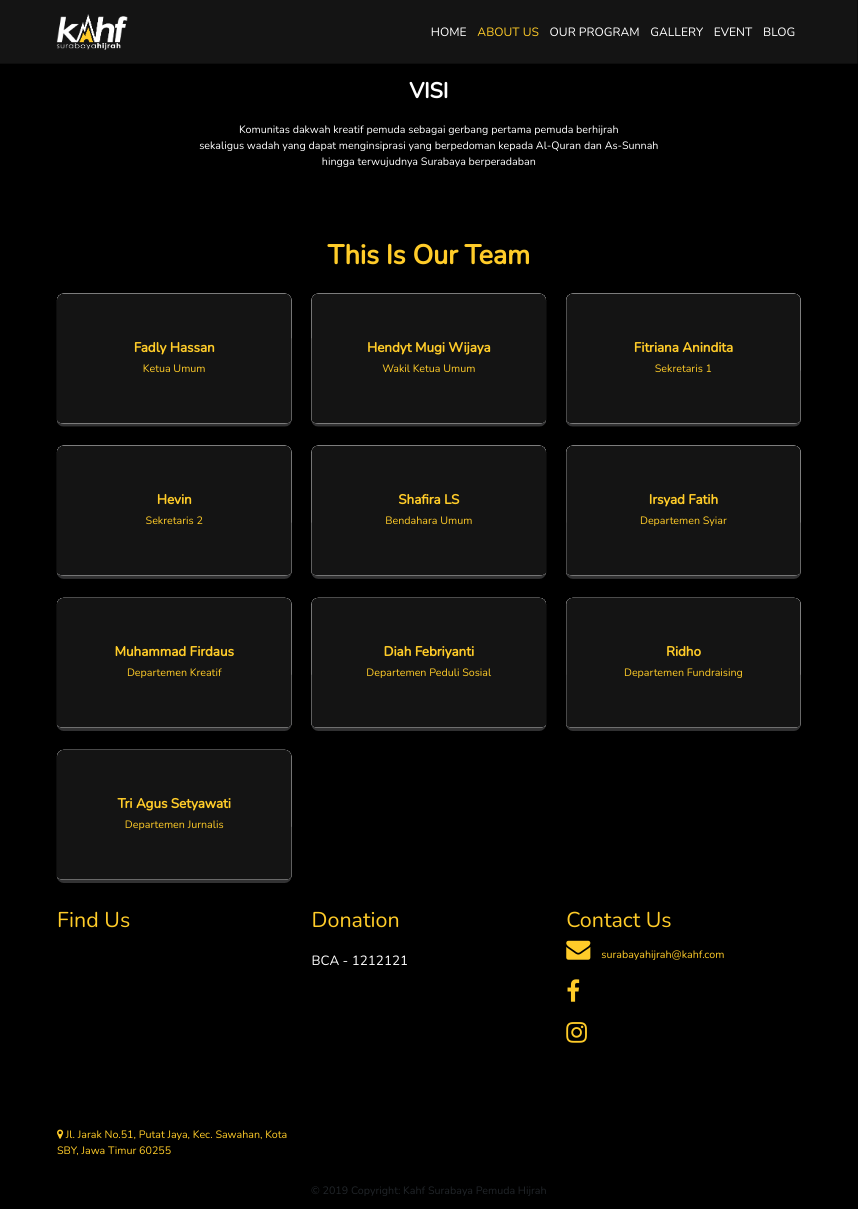
Repository: shandytp/surabaya-hijrah
Page: http://localhost/about.php
An editor plug-in stored every save of this project. The page is shown before and after the next save, followed by the edit.
The browser window is 1280 px wide. The pictures show the whole page, at 67% of full size.
Pictures or frames that could not be fetched are drawn as grey boxes. Some web libraries are served in a nearby version. The page is run by PHP 8.4 with error messages shown; the project is at /var/www/html/.

Above is the page before, as saved 2019-08-20 14:21:32.
Console error: TypeError: Cannot read properties of undefined (reading 'fn')

### about.php
<!-- Tim IT Surabaya Hijrah
- Wisnu Aria Y (Project Leader & Front End Developer)
- Moch Shandy Tsalasa Putra (Front End Developer)
- Aryo Budilaksono (Back End Developer)
- Kelvin Adji Pangestu (Back End Developer)
-->

<!DOCTYPE html>
<html lang="en">
<head>
    <meta charset="UTF-8">
    <meta name="author" content="Wisnu Aria Y,Moch Shandy Tsalasa Putra">
    <meta name="viewport" content="width=device-width, initial-scale=1.0">
    <meta http-equiv="X-UA-Compatible" content="ie=edge">
    <!-- Favicon -->

    <link rel="shortcut icon" href="pictures/kahf.png" type="image/x-icon">
    <link rel="icon" href="pictures/favicon.ico" type="image/x-icon">

    <!-- Source CDN (Content Delivery Network) -->

    <!-- Navbar Bootstrap -->
    <link rel="stylesheet" href="https://maxcdn.bootstrapcdn.com/bootstrap/4.0.0-beta/css/bootstrap.min.css" integrity="sha384-/Y6pD6FV/Vv2HJnA6t+vslU6fwYXjCFtcEpHbNJ0lyAFsXTsjBbfaDjzALeQsN6M" crossorigin="anonymous">
    <script src="//maxcdn.bootstrapcdn.com/bootstrap/4.0.0/js/bootstrap.min.js"></script>
    <script src="//code.jquery.com/jquery-1.11.1.min.js"></script>

    <!-- Icon-icon -->
    <link rel="stylesheet" href="https://stackpath.bootstrapcdn.com/font-awesome/4.7.0/css/font-awesome.min.css">

    <!-- About Us -->


    <!-- Main CSS -->
    <link rel="stylesheet" href="css/main.css">

    <!-- Title -->
    <title>About Us</title>
</head>
<body>
    <!-- Navbar -->
<header>
       <nav class="navbar navbar-expand-lg navbar-light bg-dark text-light py-3 main-nav">
          <div class="container">
            <a class="navbar-brand " href="index.php"><img src="pictures/kahflogo.png" width="105" height="52.5" alt="Kahf Logo"></a>
              <button class="navbar-toggler" type="button" data-toggle="collapse" data-target="#navbarSupportedContent" aria-controls="navbarSupportedContent" aria-expanded="false" aria-label="Toggle navigation">
                <span class="navbar-toggler-icon"></span>
              </button>

              <div class="collapse navbar-collapse " id="navbarSupportedContent">
                <ul class="navbar-nav ml-auto">
                <!-- Active itu buat halaman yang sedang dikunjungi -->
                  <li class="nav-item ">
                    <a class="nav-link link-3" href="index.php">Home <span class="sr-only">(current)</span></a>
                  </li>
                  <li class="nav-item active">
                    <a class="nav-link  link-3" href="about.php">About Us</a>
                  </li>
                  <li class="nav-item ">
                    <a class="nav-link link-3" href="ourprogram.php">Our Program</a>
                  </li>
                  <li class="nav-item">
                    <a class="nav-link link-3" href="gallery.php">Gallery</a>
                  </li>
                  <li class="nav-item">
                    <a class="nav-link link-3" href="event.php">Event</a>
                  </li>
                  <li class="nav-item">
                    <a class="nav-link link-3" href="blog.php">Blog</a>
                  </li>
                </ul>
              </div>
          </div>
        </nav>
    </header>

    <!-- Optional JavaScript -->
    <!-- jQuery first, then Popper.js, then Bootstrap JS -->
    <script src="https://code.jquery.com/jquery-3.2.1.slim.min.js" integrity="sha384-KJ3o2DKtIkvYIK3UENzmM7KCkRr/rE9/Qpg6aAZGJwFDMVNA/GpGFF93hXpG5KkN" crossorigin="anonymous"></script>
    <script src="https://cdnjs.cloudflare.com/ajax/libs/popper.js/1.11.0/umd/popper.min.js" integrity="sha384-b/U6ypiBEHpOf/4+1nzFpr53nxSS+GLCkfwBdFNTxtclqqenISfwAzpKaMNFNmj4" crossorigin="anonymous"></script>
    <script src="https://maxcdn.bootstrapcdn.com/bootstrap/4.0.0-beta/js/bootstrap.min.js" integrity="sha384-h0AbiXch4ZDo7tp9hKZ4TsHbi047NrKGLO3SEJAg45jXxnGIfYzk4Si90RDIqNm1" crossorigin="anonymous"></script>

    <script src="js/navbar.js"></script>


    <!-- About Us -->
  <br>
  <h2 class="text-center" style="color:white"><strong>VISI</strong></h2>
  <div class="visi">
  <p class="text-center" style="color:white" >Komunitas dakwah kreatif pemuda sebagai gerbang pertama pemuda berhijrah
    <br> sekaligus wadah yang dapat menginsiprasi yang berpedoman kepada Al-Quran dan As-Sunnah
    <br> hingga terwujudnya Surabaya berperadaban</p>
</div>


  <br/>
  <div class="container">
    <h1 class="text-center">This Is Our Team</h1>
  <div class="row">

  <!--team-1-->
  <div class="col-lg-4">
  <div class="our-team-main">

  <div class="team-front">
  <h3>Fadly Hassan</h3>
  <p>Ketua Umum</p>
  </div>

  <div class="team-back">
  <span class="back-content">
  Dhif jalok tolong ojok dadi wibu koyok tepe

  </span>
    <div class="text-center">
    <!-- just add href= for your links, like this: -->
    <a href="http://facebook.com" class="btn btn-social-icon btn-facebook">
    <i class="fa fa-facebook"></i></a>
    <a href="http://instagram.com" class="btn btn-social-icon btn-instagram"><i class="fa fa-instagram"></i></a>
    <a class="btn btn-social-icon btn-linkedin"><i class="fa fa-linkedin"></i></a>

    <a class="btn btn-social-icon btn-twitter"><i class="fa fa-twitter"></i></a>

  </div>
  </div>

  </div>
  </div>
  <!--team-1-->

 <div class="col-lg-4">
  <div class="our-team-main">

  <div class="team-front">
  <h3>Hendyt Mugi Wijaya</h3>
  <p>Wakil Ketua Umum</p>
  </div>

  <div class="team-back">
  <span class="back-content">
  pengen vapor

  </span>
    <div class="text-center">
    <!-- just add href= for your links, like this: -->
    <a href="http://facebook.com" class="btn btn-social-icon btn-facebook">
    <i class="fa fa-facebook"></i></a>
    <a href="http://instagram.com" class="btn btn-social-icon btn-instagram"><i class="fa fa-instagram"></i></a>
    <a class="btn btn-social-icon btn-linkedin"><i class="fa fa-linkedin"></i></a>

    <a class="btn btn-social-icon btn-twitter"><i class="fa fa-twitter"></i></a>

  </div>
  </div>

  </div>
  </div>


  <!--team-1-->
  <div class="col-lg-4">
  <div class="our-team-main">

  <div class="team-front">
  <h3>Fitriana Anindita</h3>
  <p>Sekretaris 1</p>
  </div>

  <div class="team-back">
  <span>
  Lorem ipsum dolor sit amet, consectetuer adipiscing elit. Aenean commodo ligula eget dolor. Aenean massa. Cum sociis
  </span>
     <div class="text-center">
    <!-- just add href= for your links, like this: -->
    <a href="http://facebook.com" class="btn btn-social-icon btn-facebook">
    <i class="fa fa-facebook"></i></a>

    <a class="btn btn-social-icon btn-github"><i class="fa fa-github"></i></a>
    <a class="btn btn-social-icon btn-google-plus"><i class="fa fa-google-plus"></i></a>
    <a class="btn btn-social-icon btn-instagram"><i class="fa fa-instagram"></i></a>
    <a class="btn btn-social-icon btn-linkedin"><i class="fa fa-linkedin"></i></a>

    <a class="btn btn-social-icon btn-twitter"><i class="fa fa-twitter"></i></a>

  </div>
  </div>

  </div>
  </div>

  <!--team-1-->
  <div class="col-lg-4">
  <div class="our-team-main">

  <div class="team-front">
  <h3>Hevin</h3>
  <p>Sekretaris 2</p>
  </div>

  <div class="team-back">
  <span>
  Lorem ipsum dolor sit amet, consectetuer adipiscing elit. Aenean commodo ligula eget dolor. Aenean massa. Cum sociis
  </span>
     <div class="text-center">
    <!-- just add href= for your links, like this: -->
    <a href="http://facebook.com" class="btn btn-social-icon btn-facebook">
    <i class="fa fa-facebook"></i></a>

    <a class="btn btn-social-icon btn-github"><i class="fa fa-github"></i></a>
    <a class="btn btn-social-icon btn-google-plus"><i class="fa fa-google-plus"></i></a>
    <a class="btn btn-social-icon btn-instagram"><i class="fa fa-instagram"></i></a>
    <a class="btn btn-social-icon btn-linkedin"><i class="fa fa-linkedin"></i></a>

    <a class="btn btn-social-icon btn-twitter"><i class="fa fa-twitter"></i></a>

  </div>
  </div>

  </div>
  </div>

  <!--team-1-->
  <div class="col-lg-4">
  <div class="our-team-main">

  <div class="team-front">
  <h3>Shafira LS</h3>
  <p>Bendahara Umum</p>
  </div>

  <div class="team-back">
  <span>
  Lorem ipsum dolor sit amet, consectetuer adipiscing elit. Aenean commodo ligula eget dolor. Aenean massa. Cum sociis
  </span>
     <div class="text-center">
    <!-- just add href= for your links, like this: -->
    <a href="http://facebook.com" class="btn btn-social-icon btn-facebook">
    <i class="fa fa-facebook"></i></a>

    <a class="btn btn-social-icon btn-github"><i class="fa fa-github"></i></a>
    <a class="btn btn-social-icon btn-google-plus"><i class="fa fa-google-plus"></i></a>
    <a class="btn btn-social-icon btn-instagram"><i class="fa fa-instagram"></i></a>
    <a class="btn btn-social-icon btn-linkedin"><i class="fa fa-linkedin"></i></a>

    <a class="btn btn-social-icon btn-twitter"><i class="fa fa-twitter"></i></a>

  </div>
  </div>

  </div>
  </div>

  <!--team-1-->
  <div class="col-lg-4">
  <div class="our-team-main">

  <div class="team-front">
  <h3>Irsyad Fatih</h3>
  <p>Departemen Syiar</p>
  </div>

  <div class="team-back">
  <span>
  Lorem ipsum dolor sit amet, consectetuer adipiscing elit. Aenean commodo ligula eget dolor. Aenean massa. Cum sociis
  </span>
     <div class="text-center">
    <!-- just add href= for your links, like this: -->
    <a href="http://facebook.com" class="btn btn-social-icon btn-facebook">
    <i class="fa fa-facebook"></i></a>

    <a class="btn btn-social-icon btn-github"><i class="fa fa-github"></i></a>
    <a class="btn btn-social-icon btn-google-plus"><i class="fa fa-google-plus"></i></a>
    <a class="btn btn-social-icon btn-instagram"><i class="fa fa-instagram"></i></a>
    <a class="btn btn-social-icon btn-linkedin"><i class="fa fa-linkedin"></i></a>

    <a class="btn btn-social-icon btn-twitter"><i class="fa fa-twitter"></i></a>

  </div>
  </div>

  </div>
  </div>

  <!--team-1-->
  <div class="col-lg-4">
  <div class="our-team-main">

  <div class="team-front">
  <h3>Muhammad Firdaus</h3>
  <p>Departemen Kreatif</p>
  </div>

  <div class="team-back">
  <span>
  Lorem ipsum dolor sit amet, consectetuer adipiscing elit. Aenean commodo ligula eget dolor. Aenean massa. Cum sociis
  </span>
     <div class="text-center">
    <!-- just add href= for your links, like this: -->
    <a href="http://facebook.com" class="btn btn-social-icon btn-facebook">
    <i class="fa fa-facebook"></i></a>

    <a class="btn btn-social-icon btn-github"><i class="fa fa-github"></i></a>
    <a class="btn btn-social-icon btn-google-plus"><i class="fa fa-google-plus"></i></a>
    <a class="btn btn-social-icon btn-instagram"><i class="fa fa-instagram"></i></a>
    <a class="btn btn-social-icon btn-linkedin"><i class="fa fa-linkedin"></i></a>

    <a class="btn btn-social-icon btn-twitter"><i class="fa fa-twitter"></i></a>

  </div>
  </div>

  </div>
  </div>

  <!--team-1-->
  <div class="col-lg-4">
  <div class="our-team-main">

  <div class="team-front">
  <h3>Diah Febriyanti</h3>
  <p>Departemen Peduli Sosial</p>
  </div>

  <div class="team-back">
  <span>
  Lorem ipsum dolor sit amet, consectetuer adipiscing elit. Aenean commodo ligula eget dolor. Aenean massa. Cum sociis
  </span>
     <div class="text-center">
    <!-- just add href= for your links, like this: -->
    <a href="http://facebook.com" class="btn btn-social-icon btn-facebook">
    <i class="fa fa-facebook"></i></a>

    <a class="btn btn-social-icon btn-github"><i class="fa fa-github"></i></a>
    <a class="btn btn-social-icon btn-google-plus"><i class="fa fa-google-plus"></i></a>
    <a class="btn btn-social-icon btn-instagram"><i class="fa fa-instagram"></i></a>
    <a class="btn btn-social-icon btn-linkedin"><i class="fa fa-linkedin"></i></a>

    <a class="btn btn-social-icon btn-twitter"><i class="fa fa-twitter"></i></a>

  </div>
  </div>

  </div>
  </div>

  <!--team-1-->
  <div class="col-lg-4">
  <div class="our-team-main">

  <div class="team-front">
  <h3>Ridho</h3>
  <p>Departemen Fundraising</p>
  </div>

  <div class="team-back">
  <span>
  Lorem ipsum dolor sit amet, consectetuer adipiscing elit. Aenean commodo ligula eget dolor. Aenean massa. Cum sociis
  </span>
     <div class="text-center">
    <!-- just add href= for your links, like this: -->
    <a href="http://facebook.com" class="btn btn-social-icon btn-facebook">
    <i class="fa fa-facebook"></i></a>

    <a class="btn btn-social-icon btn-github"><i class="fa fa-github"></i></a>
    <a class="btn btn-social-icon btn-google-plus"><i class="fa fa-google-plus"></i></a>
    <a class="btn btn-social-icon btn-instagram"><i class="fa fa-instagram"></i></a>
    <a class="btn btn-social-icon btn-linkedin"><i class="fa fa-linkedin"></i></a>

    <a class="btn btn-social-icon btn-twitter"><i class="fa fa-twitter"></i></a>

  </div>
  </div>

  </div>
  </div>

  <!--team-1-->
  <div class="col-lg-4">
  <div class="our-team-main">

  <div class="team-front">
  <h3>Tri Agus Setyawati</h3>
  <p>Departemen Jurnalis</p>
  </div>

  <div class="team-back">
  <span>
  Lorem ipsum dolor sit amet, consectetuer adipiscing elit. Aenean commodo ligula eget dolor. Aenean massa. Cum sociis
  </span>
     <div class="text-center">
    <!-- just add href= for your links, like this: -->
    <a href="http://facebook.com" class="btn btn-social-icon btn-facebook">
    <i class="fa fa-facebook"></i></a>

    <a class="btn btn-social-icon btn-github"><i class="fa fa-github"></i></a>
    <a class="btn btn-social-icon btn-google-plus"><i class="fa fa-google-plus"></i></a>
    <a class="btn btn-social-icon btn-instagram"><i class="fa fa-instagram"></i></a>
    <a class="btn btn-social-icon btn-linkedin"><i class="fa fa-linkedin"></i></a>

    <a class="btn btn-social-icon btn-twitter"><i class="fa fa-twitter"></i></a>

  </div>
  </div>

  </div>
  </div>

</div>
<!--     row end -->
</div>
<!-- container end -->

<!-- Footer -->
<footer>
        <div class="container">
          <div class="row">
            <div class="col-md-8 col-sm-8">
              <div class="row footer-menu">
                <!-- Find Us Location -->
                <div class="col-md-6 col-xs-12">
                  <h2 class="footer">
                    Find Us
                  </h2>
                    <div class="embed-responsive embed-responsive-4by3">
                      <iframe src="https://www.google.com/maps/embed?pb=!1m18!1m12!1m3!1d3957.6525253721115!2d112.71829691354493!3d-7.2803191735654424!2m3!1f0!2f0!3f0!3m2!1i1024!2i768!4f13.1!3m3!1m2!1s0x2dd7fba2c2498407%3A0xcd27f60f463c0dfd!2sRuang+Harapan-Kahf+Surabaya+Hijrah!5e0!3m2!1sid!2sid!4v1565593698302!5m2!1sid!2sid" width="425" height="350" frameborder="0" style="border:0" allowfullscreen>
                      </iframe>
                    </div>
                    <a href="https://g.page/surabayahijrah?share"
                        target="_blank"><i class="fa fa-map-marker" aria-hidden="true"></i> Jl. Jarak No.51, Putat Jaya, Kec. Sawahan, Kota SBY, Jawa Timur 60255</a>
                </div>
                <div class="col-md-6 col-xs-12">
                  <h2 class="footer">Donation</h2>
                  <br>
                  <h5>BCA - 1212121</h5>
                </div>
              </div>
            </div>
            <div class="col-md-4 col-sm-4">
              <h2 class="footer">Contact Us</h2>
              <ul class="follow-us clearfix">
                  <li><a href="#"><i class="fa fa-envelope" aria-hidden="true" style="font-size:36px"></i>&nbsp;&nbsp;&nbsp;&nbsp;surabayahijrah@kahf.com</a><a href="#"></a></li>
                  <br>
                  <li><a href="#"><i class="fa fa-facebook" aria-hidden="true" style="font-size:36px"></i></a></li>
                  <br>
                  <li><a href="#"><i class="fa fa-instagram" aria-hidden="true" style="font-size:36px"></i></a></li>
            </ul>
            </div>
          </div>
        </div>

          <!-- Copyright -->
        <div class="footer-copyright text-center py-3">© 2019 Copyright: Kahf Surabaya Pemuda Hijrah</div>
  <!-- Copyright -->
</footer>
</body>
</html>

Loaded but not shown: js/navbar.js (11 lines, source omitted); css/main.css (467 lines, source omitted)

After the next save:
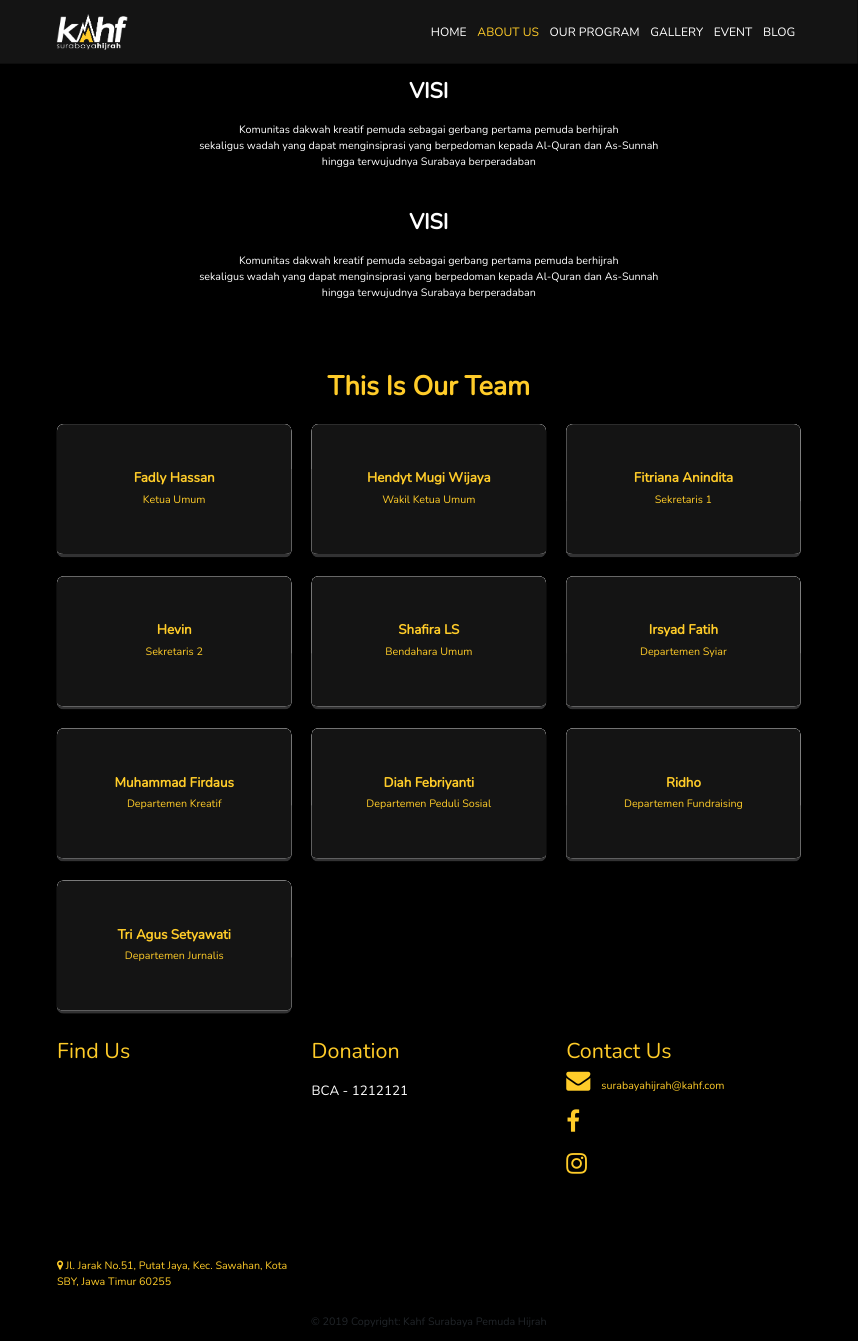
Saved 70 s later.
--- a/about.php
+++ b/about.php
@@ -84,6 +84,14 @@
 
     <!-- About Us -->
   <br>
+  <h2 class="text-center" style="color:white"><strong>VISI</strong></h2>
+  <div class="visi">
+  <p class="text-center" style="color:white" >Komunitas dakwah kreatif pemuda sebagai gerbang pertama pemuda berhijrah
+    <br> sekaligus wadah yang dapat menginsiprasi yang berpedoman kepada Al-Quran dan As-Sunnah
+    <br> hingga terwujudnya Surabaya berperadaban</p>
+</div>
+
+<br>
   <h2 class="text-center" style="color:white"><strong>VISI</strong></h2>
   <div class="visi">
   <p class="text-center" style="color:white" >Komunitas dakwah kreatif pemuda sebagai gerbang pertama pemuda berhijrah
